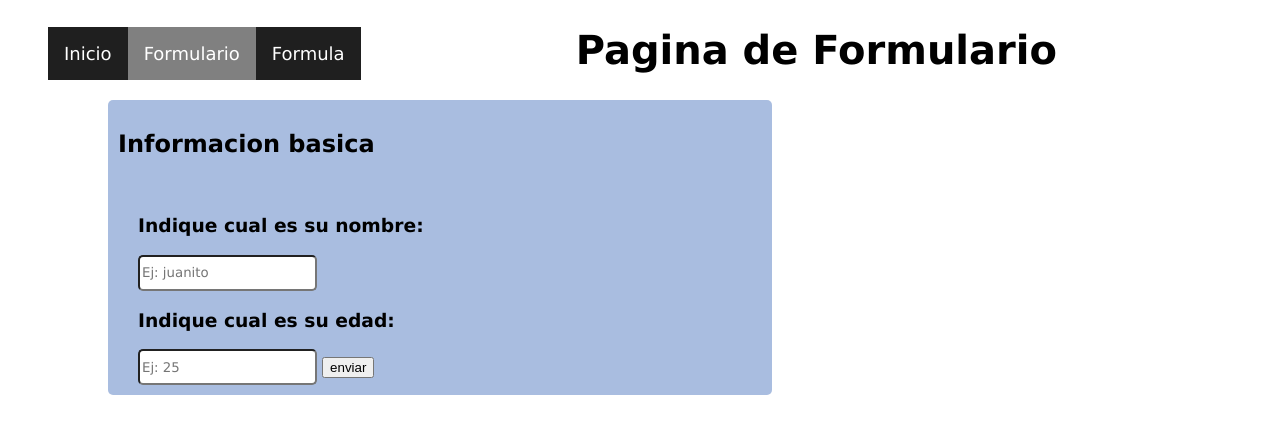
Repository: misterySnow94/tutoriales
Page: pagina basica/formulario.html
These files come from the project's save history. The page is drawn as it stood at one moment and after the next save; the edit follows.
The browser window is 1280 px wide. The pictures show the whole page.

Above is the page before, as saved 2019-11-03 23:54:43.

After the next save:
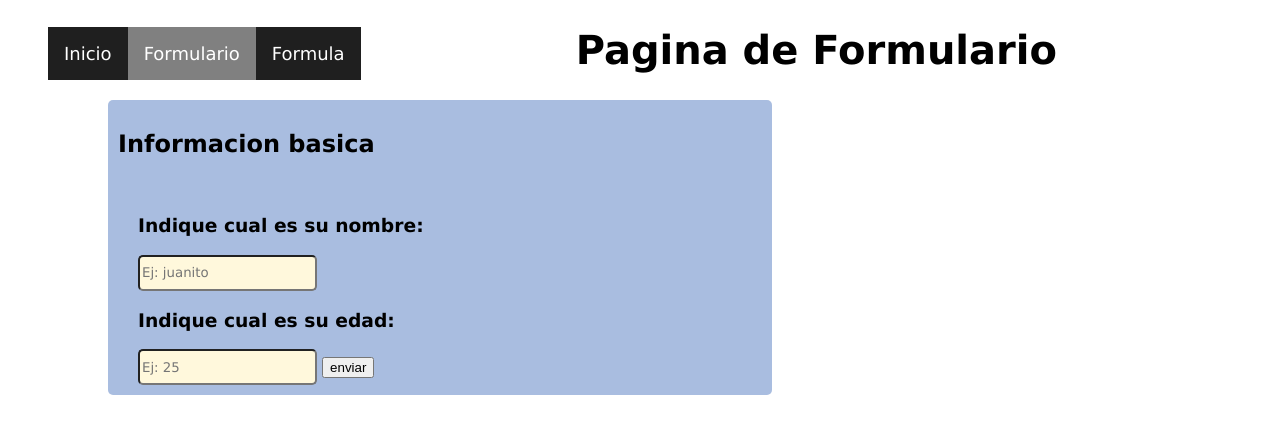
Saved 7 s later.
--- a/pagina basica/css/style.css
+++ b/pagina basica/css/style.css
@@ -44,5 +44,5 @@ input{
     border-radius: 5px;
     height: 30px;
     font-family: 'Lucida Sans', 'Lucida Sans Regular', 'Lucida Grande', 'Lucida Sans Unicode', Geneva, Verdana, sans-serif;
-    background-color: ;
+    background-color: cornsilk;
 }
